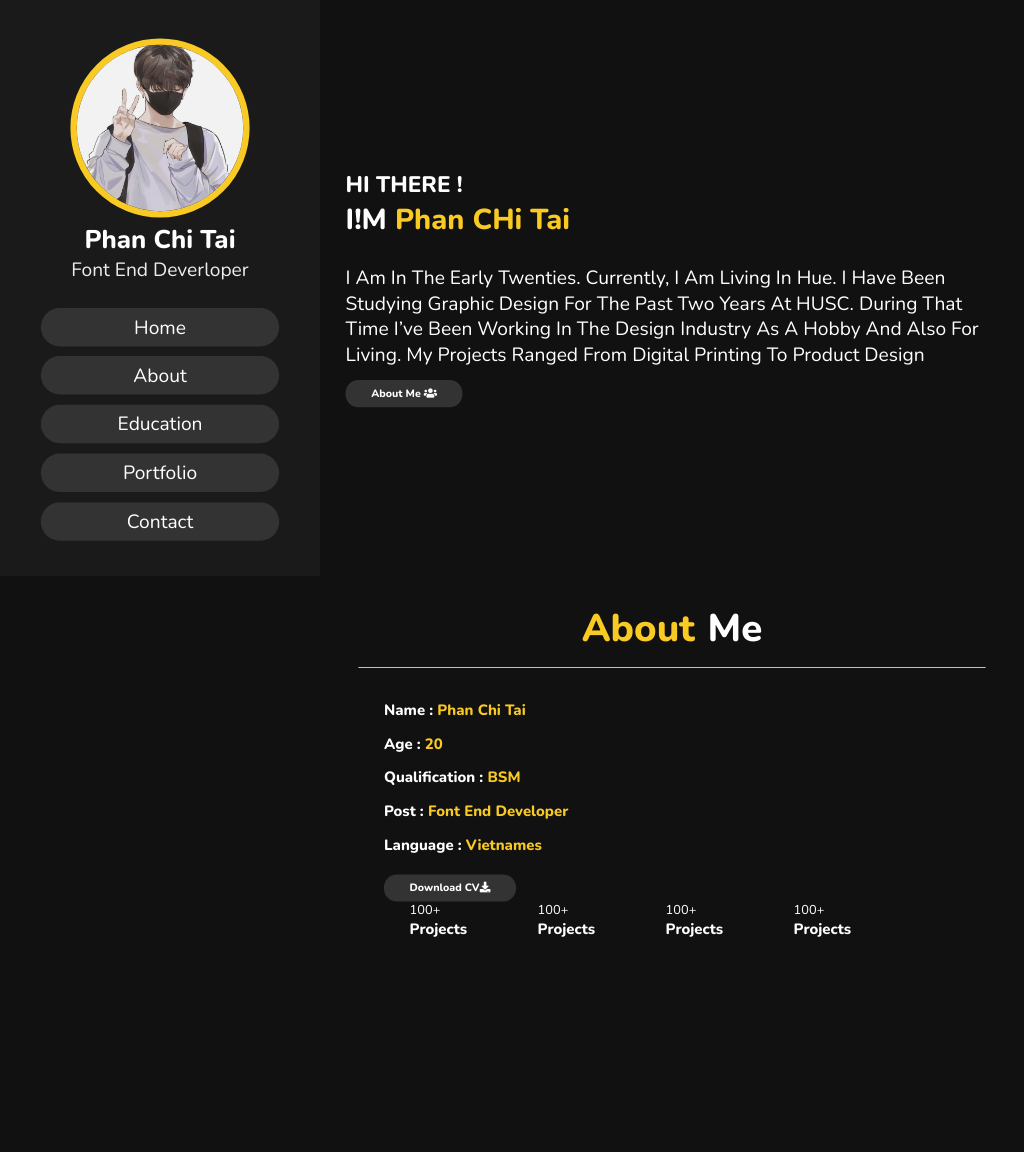
Repository: PCTai/My-profile
Page: index.html
An editor plug-in stored every save of this project. The page is shown before and after the next save, followed by the edit.
The browser window is 1280 px wide. The pictures show the whole page, at 80% of full size.

Above is the page before, as saved 2021-11-25 21:04:55.

After the next save:
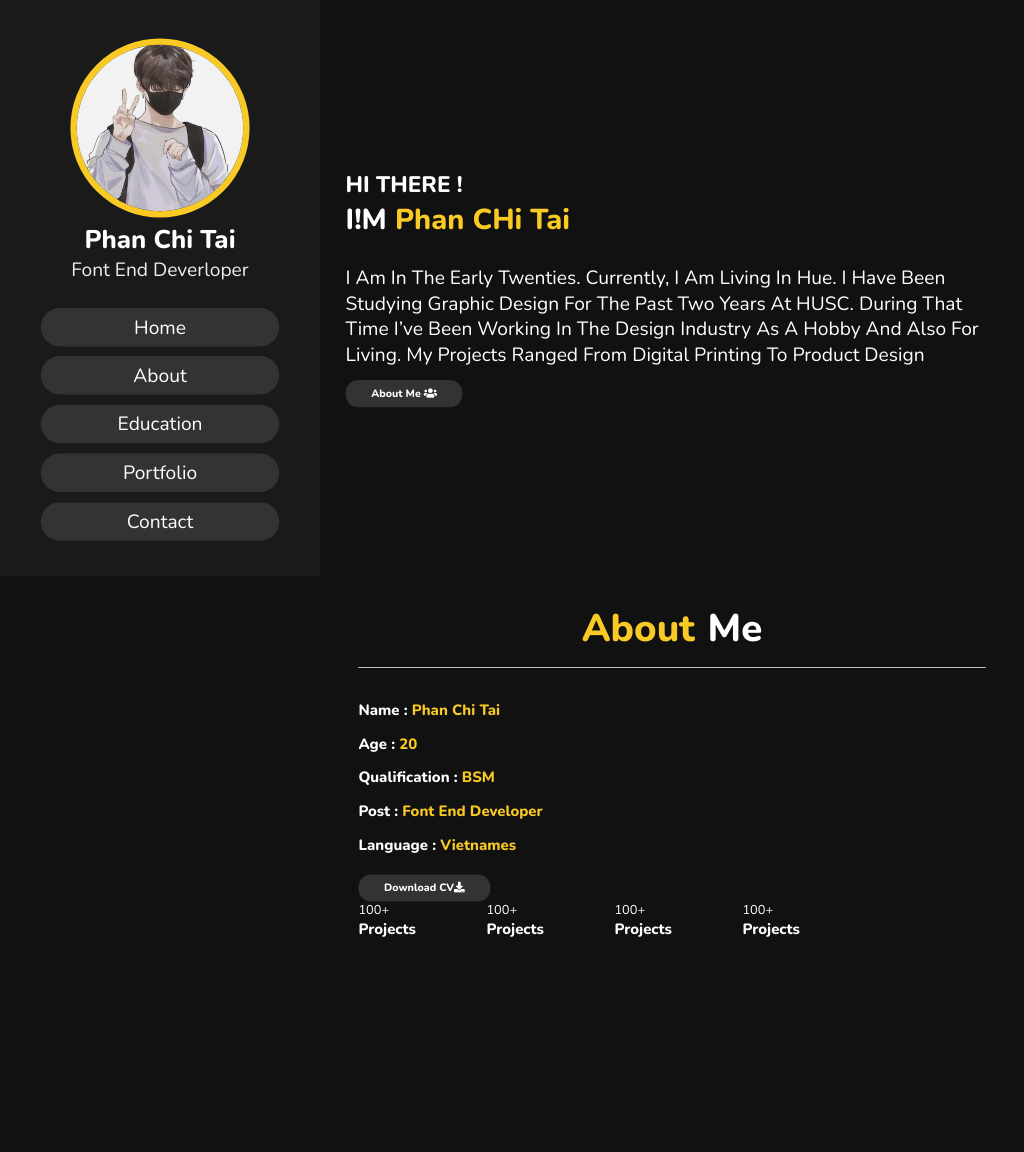
Saved 50 s later.
--- a/assets/css/style.css
+++ b/assets/css/style.css
@@ -159,13 +159,14 @@ section{
 .row{
     margin-top: 2rem;
     display: flex;
+    justify-content: space-between;
     flex-wrap: wrap;
-    padding: 0 2rem;
+
 }
 .counter{
     display: flex;
     flex-wrap: wrap;
-    margin-left: 2rem;
+
 }
 .box{
     width: 10rem;
